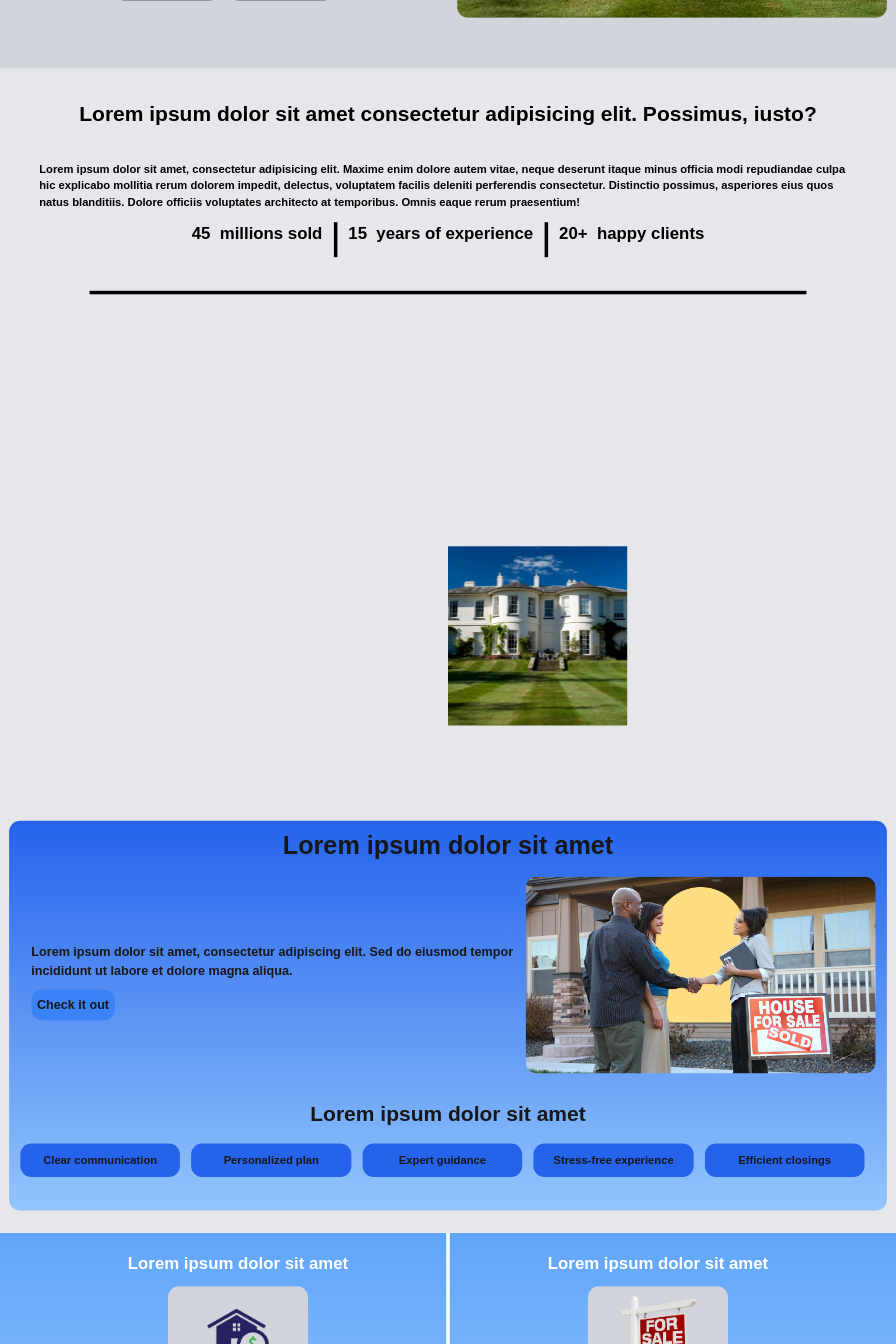
Repository: TMuse333/single-page-real-estate
Page: / (app in frontend/)
The author's editor kept a copy of each file at every save. The page is drawn from the files as they stood at one save, then again after the next save.
The browser window is 1280 px wide. The pictures show the part of the page from y = 558 to 2478 px (the page is 6112 px tall), at 70% of full size.
The project was rebuilt for these pictures with package versions that can differ from the ones it lists, and the page was loaded fresh each time. The framework's server and built-in components were replaced by stand-ins that run in the browser. Also part of the build but not shown: frontend/next.config.mjs.

Above is the page before, as saved 2024-12-05 15:54:42.

### frontend/src/app/layout.tsx
import { ContextProvider } from "@/context/context";
import type { Metadata } from "next";
import localFont from "next/font/local";
import "./globals.css";

const geistSans = localFont({
  src: "./fonts/GeistVF.woff",
  variable: "--font-geist-sans",
  weight: "100 900",
});
const geistMono = localFont({
  src: "./fonts/GeistMonoVF.woff",
  variable: "--font-geist-mono",
  weight: "100 900",
});

export const metadata: Metadata = {
  title: "Bonnie Hutchins",
  description: "A sample website for Bonnie Hutchins",
};

export default function RootLayout({
  children,
}: Readonly<{
  children: React.ReactNode;
}>) {
  return (
    <html lang="en">
      <ContextProvider>


      <body
        className={`${geistSans.variable} ${geistMono.variable} antialiased`}
      >
        {children}
      </body>
      </ContextProvider>
    </html>
  );
}

### frontend/src/app/page.tsx
"use client"


import AuroraHero from "../components/auroraHero/auroraHero";
import CountUpStats from "../components/countUpStats/countUpStats";
import ExperienceCard from "../components/experienceCard/experienceCard";
import { experienceCard1, experienceCard2 ,experienceCard3,
 displayBox1, displayBox2,blogData, closingStatement, contactCard} from "@/data/data";
// import ImageTextBox from "./components/imageTextBox/imageTextBox";
import DisplayBoxes from "../components/displayBox/displayBox";
import Testimonials from "../components/testimonials/testimonials";
import ScrollCarousel from "../components/scrollCarousel/scrollCarousel";
import Closer from "../components/closer/closer";
import BigNav from "../components/navbar/bigNav";
import Footer2 from "../components/footer/footer";
import ContactCard from "../components/contactCard/contactCard";
import Herobanner from "@/components/herobanner/herobanner";
import home from '../../public/home.webp'
import ScaleImage from "@/components/scaleImage/scaleImage";
export default function Home() {
  return (
    <>

   <main className="relative w-screen overflow-x-hidden
   bg-gray-200 ">
   <BigNav
    excludedLink=""
    />
    {/* <AuroraHero/> */}
    <Herobanner/>
    <CountUpStats
    number1="45"
    number2="15.5"
    number3="20"/>

    <ScaleImage
    src={home.src}
    alt={'slat'}
    />

{/* <ExperienceCard
    {...experienceCard2}
    />

    <DisplayBoxes
    data={displayBox1}
    /> */}



<ExperienceCard
    {...experienceCard3}
    />



    <DisplayBoxes
    data={displayBox2}
    />

  <ExperienceCard
    {...experienceCard1}
    />

    <Testimonials/>

    <ScrollCarousel
    images={blogData}
    bgImage
    />



    <Closer
    {...closingStatement}
    />

<ContactCard
    {...contactCard}
    />

    <Footer2
    excludedLink=""
    />


   </main>
   </>
  );
}

### frontend/src/context/context.tsx
"use client"

import React, { createContext, useState, useContext, ReactNode, useEffect } from 'react';

// Define the type for the context value
interface GeneralContextType {

  isMobile: boolean;
  setIsMobile: React.Dispatch<React.SetStateAction<boolean>>;
  heroInView: boolean;
  setHeroInView: React.Dispatch<React.SetStateAction<boolean>>;


}

// Create the context
export const GeneralContext = createContext<GeneralContextType | undefined>(undefined);

// Create a provider component
export const ContextProvider: React.FC<{ children: ReactNode }> = ({ children }) => {
  // Initialize the value state


  // Detect mobile devices
  const [isMobile, setIsMobile] = useState<boolean>(true);

const [heroInView, setHeroInView] = useState(true)





  useEffect(() => {
    const handleScroll = () => {
      if (typeof window !== 'undefined') {
        setIsMobile(window.innerWidth <= 865);
      }
    };

    if (typeof window !== 'undefined') {
      window.addEventListener('scroll', handleScroll);
      handleScroll(); // Initial check
    }

    return () => {
      if (typeof window !== 'undefined') {
        window.removeEventListener('scroll', handleScroll);
      }
    };
  }, []);


  useEffect(() => {
    console.log('is mobile', isMobile);
  }, [isMobile]);

  const contextValue = {

    isMobile,
    setIsMobile,
    heroInView, setHeroInView

  };

  return <GeneralContext.Provider value={contextValue}>{children}</GeneralContext.Provider>;
};

export const useGeneralContext = (): GeneralContextType => {
  const context = useContext(GeneralContext);
  if (!context) {
    throw new Error('useGeneralContext must be used within a ContextProvider');
  }
  return context;
};

### frontend/src/components/countUpStats/countUpStats.tsx
"use client"
import React, {useRef} from "react";
import CountUp from "react-countup";
import { useInView} from 'framer-motion'

interface Props {
  number1: string;
  number2: string;
  number3: string;
}

const CountUpStats: React.FC<Props> = ({ number1, number2, number3 }) => {

    const ref = useRef(null)
    const inView = useInView(ref,{
        once:true
    })
  return (
    <>
    <section   ref={ref}
    className="mx-auto w-screen max-w-[1200px]
    text-black">
         <h2 className="text-center px-4 font-bold text-2xl sm:text-3xl
         my-12">Lorem ipsum dolor sit amet consectetur adipisicing elit. Possimus, iusto?</h2>
         <p className="font-semibold px-4">
            Lorem ipsum dolor sit amet, consectetur adipisicing elit. Maxime enim dolore autem vitae, neque deserunt itaque minus officia modi repudiandae culpa hic explicabo mollitia rerum dolorem impedit, delectus, voluptatem facilis deleniti perferendis consectetur. Distinctio possimus, asperiores eius quos natus blanditiis. Dolore officiis voluptates architecto at temporibus. Omnis eaque rerum praesentium!
         </p>

    <section

      className="flex mx-auto flex-col justify-center items-center mt-4
      md:flex-row font-semibold"
    >

      {/* Number 1 */}
      <div className="text-2xl mb-6 flex flex-col
      justify-center md:flex-row items-start ">
        <CountUp start={0}
          end={inView ? parseInt(number1) : 0}
         duration={2} />
         &nbsp; millions sold
         <div className="w-[50vw] h-[5px] bg-black mb-6
      md:h-[50px] md:w-[5px] mx-4 " />
      </div>

      {/* Divider */}


      {/* Number 2 */}
      <div className="text-2xl mb-6 flex flex-col
      justify-center md:flex-row items-start ">
        <CountUp start={0}
          end={inView ? parseInt(number2) : 0}
         duration={2} />
         &nbsp; years of experience
         <div className="w-[50vw] h-[5px] bg-black mb-6
      md:h-[50px] md:w-[5px] mx-4 " />
      </div>

      {/* Number 3 */}
      <div className="text-2xl mb-6 flex flex-col
      justify-center md:flex-row items-start mb-auto">
        <CountUp start={0}
          end={inView ? parseInt(number3) : 0}
         duration={2} />
         +&nbsp; happy clients

      </div>
    </section>
    </section>

    <div className="w-[80vw] max-w-[1200px]
    mx-auto h-[5px] bg-black"
    />

    </>
  );
};

export default CountUpStats;

### frontend/src/components/displayBox/displayBox.tsx
import React from "react";
import Image from 'next/image'
import Link from "next/link";


interface ElementProps {
    title:string,
    src:string,
    alt:string,
    description:string,
    buttonText:string,
    destination:string
}

const Element:React.FC<ElementProps> = ({
    title,src,alt,description,buttonText,
    destination
}) => {

    return (
        <section className="w-[90vw] mx-auto flex
        mt-2
        flex-col justify-center items-center relative

        sm:w-[45vw] max-w-[500px] mb-8">
            <h2 className="text-white text-center
            text-2xl mb-4 font-semibold">{title}</h2>
            <Image
            src={src}
            alt={alt}
            width={600}
            height={1300}
            className='w-[40vw]  h-[20vw]
            max-h-[150px] mx-auto object-contain
            max-w-[200px] bg-gray-300 rounded-2xl'
            />
            <p className="text-white my-4 font-semibold">{description}</p>
            <button className="bg-[#00bfff]
            p-2 rounded-2xl text-white">
                <Link href={destination}>
                    {buttonText}
                </Link>
            </button>


        </section>

    )
}

interface DisplayBoxProps {
    data:ElementProps[]
}

    const DisplayBoxes:React.FC<DisplayBoxProps> = ({
        data
    }) => {

        return (
            <section className="w-screen relative
            bg-gradient-to-b from-blue-400 to-blue-300 "
            >


            <section className="flex flex-col
            sm:grid grid-cols-2 justify-center
            items-center max-w-[1200px]
            mx-auto bg-gradient-to-b from-blue-400 to-blue-300
             pt-5">
                <div className="absolute
                top-1/2 w-full
                 sm:top-0
                left-1/2 -translate-x-1/2 h-[5px]
                 md:h-full
                sm:w-[5px] bg-white"/>
                {data.map((data, index) => (
                    <Element
                    {...data}
                    key={index}
                    />
                ))}
            </section>
            </section>

        )
    }


    export default DisplayBoxes

### frontend/src/components/closer/closer.tsx
"use client"

import React, { useRef} from "react";
import Link from "next/link";
import {motion, useInView} from 'framer-motion'
import Image from "next/image";


interface Props {
    image:string,
    title:string,
    description:string,
    buttonText:string,
    destination:string

}

const Closer: React.FC<Props> = ({image,title,description,
destination,buttonText}) => {

    const ref = useRef(null)

    const inView = useInView(ref,{
        once:true
    })

      const variants = {
        initial:{
            opacity:0,
            x:-100
        },
        animate:{
            x:0,
            opacity:1,
            transition:{
                opacity:{
                    duration:0.5
                }
            }
        }

      }

      const textVariants = {
        initial:{
            y:-20,
            opacity:0
        },
        animate:{
            opacity:1,
            y:0,
            transition:{
                delay:0.5
            }
        }
      }

    return (
        <motion.section ref={ref}

        className={`w-screen text-white h-[600px]
        relative flex flex-col items-center justify-center
        bg-center
        `}
        variants={variants}
        initial='initial'
        animate={inView ? 'animate' : 'initial'}
        >
            <Image src={image}
            alt="A background image of cash to signifies how you cash sell your houses fast for cash with ontario cash for houses"
            className='absolute w-full h-full
            object-cover'
                style={{
                    filter:'brightness(0.6)'
                }}
                width={600}
                height={1300}
            />

            <motion.div className="-mt-12 relative z-[4]"
              variants={textVariants}
              initial='initial'
              animate={inView ? 'animate' : 'initial'}>
            <motion.h4

            className="pl-4 text-3xl  ">{title}
            </motion.h4>

            <p className="mt-4 text-left pl-4 pr-4
            max-w-[800px] sm:text-xl ">{description}</p>

            <Link href={destination}
            passHref>
                <button className="mt-6 text-black
                bg-white ml-4 hover:bg-blue-500
                transition-all hover:text-white
                hover:scale-[1.05] p-3
                rounded-xl">
                {buttonText}
                </button>
            </Link>
            </motion.div>
        </motion.section>
    )
}

export default Closer

### frontend/src/components/contactCard/contactCard.tsx
import Image from "next/image";
import Link from "next/link";
import React from "react";



interface Props {
    src:string,
    alt:string,
    name:string,
    title:string
    description:string,
    quote:string
    phone:string,
    email:string,
    socials:{
        src:string,
        destination:string,
        alt:string
    }[]
}


const ContactCard:React.FC<Props> = ({
    src,alt,name,
    phone,email,socials,title,quote
}) => {


    return (
        <section className="mx-auto flex flex-col
        md:flex-row max-w-[1200px] my-12">
            <section className="text-center
            md:w-[33vw] max-w-[400px]">
                <h3 className="mb-2 font-bold
                text-3xl">{name}</h3>
                <h4 className="mb-2 font-semibold
                whitespace-pre-line">{title}</h4>
                <p className="mb-2 px-4">{quote}</p>
            </section>
            <section className="md:w-[33vw] max-w-[400px]">
                <Image
                src={src}
                alt={alt}
                className='w-[70vw]
                object-contain mx-auto
                max-w-[200px] hax-h-[250px]'
                width={600}
                height={1300}
                />
            </section>
            <section className="text-center  md:w-[33vw] max-w-[400px]">
                <h3 className="mb-2 text-2xl font-semibold">Contact Information</h3>
                <p className="mb-2 font-semibold">{phone}</p>
                <p className="mb-2 font-semibold whitespace-pre-line

                leading-6">{email}</p>
                {/* <ul className="flex items-center w-full
                ">
                    {socials.map((social,index)=>(
                        <li className="mx-auto"
                        key={index}
                        >
                            <Image
                            src={social.src}
                            alt={social.alt}
                            className='w-[100px]
                            object-contain'
                            width={600}
                            height={1300}
                            />
                            <Link
                            href={social.destination}
                            />
                        </li>
                    ))}
                </ul> */}
            </section>

        </section>
    )
}

export default ContactCard

### frontend/src/components/herobanner/herobanner.tsx
import Image from "next/image";
// import Link from "next/link";
import React from "react";
// import tom from '../../../public/thomas-full-body-1-nogb.png'
// import full from '../../../public/smile-tom.png'
import side from '../../../public/placeholder.png'
import home from '../../../public/home.webp'
import { TypeWriter } from "../typeWriter/typeWriter";
// import half from '../../../public/smiley-tom-half.png'
const Herobanner = () => {

    return (


       <header className="flex flex-col md:flex-row
       md:h-screen relative items-center
       mx-auto max-w-[2200px] text-black
       md:mt-[-4rem]  bg-gray-300"
    //    style={{
    //     background: 'radial-gradient(circle, #00bfff -150%, rgba(0, 191, 255, 0%) 80%)'
    //   }}
      >

        <section className="flex flex-col
        md:w-[50vw] justify-center
        items-center bg-gray-300 py-4">
             <h2 className="mx-auto p-3
             text-center
           text-lg mt-4 font-semibold ">
           Lorem ipsum, dolor sit amet consectetur adipisicing.

            </h2>


            <Image
            src={side}


            height={600}
            width={1300}
            alt='A full body image of Thomas Musial'
            className="w-[80vw] h-[20vh] object-contain mx-auto
           rounded-full bg-gray-600 sm:bg-transparent

            "
            />
            <h1 className="font-semibold
            text-5xl sm:text-6xl md:text-7xl
             mt-4 text-center md:text-start md:pl-6">John doe</h1>
            <p className="mx-auto p-6 font-semibold
            text-xl">
              Lorem ipsum dolor, sit amet consectetur adipisicing elit. Expedita ut aliquam consequuntur perspiciatis natus debitis quam neque dolorum dolorem labore?
            </p>
            <TypeWriter
            />
            {/* <section className="flex mr-auto ml-6">
                <button className="bg-[#00bfff] p-3
                rounded-2xl mr-6">Contact</button>
                <button className="bg-[#00bfff] p-3
                rounded-2xl mr-6">View listings</button>
            </section> */}
            </section>

            <Image
            src={home}


            height={600}
            width={1300}
            alt='A full body image of Thomas Musial'
            className="w-[98vw] md:w-[48vw]  rounded-2xl  object-cover mx-auto
 bg-gray-300  md:block h-[80vh] mt-auto mb-auto


            "
            />






       </header>
    )
}

export default Herobanner

### frontend/src/components/scaleImage/scaleImage.tsx
import Image from "next/image";
import React, { useRef } from "react";
import { motion, useInView, useTransform, useScroll } from "framer-motion";

interface Props {
  src: string;
  alt: string;
}

const ScaleImage: React.FC<Props> = ({ src, alt }) => {
  const ref = useRef(null); // Ref for detecting the viewport visibility
  const isInView = useInView(ref, { margin: "-50%" }); // Trigger when at least 50% of the element is in view

  const { scrollYProgress } = useScroll({
    target: ref,
    offset: ["start end", "end start"], // Start animating when it enters and ends when it leaves
  });

  // Scale from 20vw by 20vw to full width/height
  const scale = useTransform(scrollYProgress, [0, 0.3], [0.2, 1]);

  return (
    <section
      ref={ref}
      className="relative w-screen h-screen overflow-hidden"
    >
      <motion.div
        style={{
          scale, // Bind the scale transform to the scroll progress
        }}
        className="absolute w-[20vw] h-[20vw] left-1/2 top-1/2 transform -translate-x-1/2 -translate-y-1/2"
      >
        <Image
          src={src}
          alt={alt}
          className="object-cover w-full h-full"
          width={600}
          height={1300}
        />
      </motion.div>
    </section>
  );
};

export default ScaleImage;

### frontend/src/components/slidingText/slidingText.tsx
import React, { useRef, useState } from "react";
import { motion, useScroll, useTransform, useMotionValueEvent } from "framer-motion";
import { useGeneralContext } from "@/context/context";

interface TextProps {
    text: string;
    setSlideComplete?: React.Dispatch<React.SetStateAction<boolean>>;
    reverse?:boolean,
    subText?:string
}

const SlidingText: React.FC<TextProps> = ({ text, setSlideComplete,
reverse,subText }) => {
    // Reference to the target element to track scroll position
    const targetRef = useRef(null);

    const {isMobile} = useGeneralContext()

    // State to track when slide is complete
    const [slideComplete, setLocalSlideComplete] = useState(false);

    // Get scroll progress relative to the targetRef
    const { scrollYProgress } = useScroll({
        target: targetRef,
        offset: ["end end", "end start"], // Adjust these offsets as needed
    });

    // Transform scroll progress to x position, scale, and opacity
    const x = useTransform(scrollYProgress, [0, isMobile ? 0.4 : 0.6], [!reverse ? 350 : -350, 0]); // Adjust as needed
    const opacity = useTransform(scrollYProgress, [0, 0.2, 0.55], [0, 0.0, 1]);

    // Monitor changes in the `x` value and set `slideComplete` to true when x reaches 0


    useMotionValueEvent(x,"change",(latest) => {
        if(latest === 0 && !slideComplete){
            setLocalSlideComplete(true)
            if (setSlideComplete) {
                console.log('skdie complete true')
                setSlideComplete(true);
            }
        }

    })

    return (
        <div ref={targetRef}>
            <motion.h2
                className=" bg-gradient-to-b from-white to-gray-300 bg-clip-text text-transparent
                text-3xl sm:text-4xl md:text-5xl lg:text-6xl font-semibold text-center relative transition-colors
                mb-8"
                // style={!slideComplete ? { x, opacity } : {}} // Apply the animated styles
                style={{ x, opacity }}
                // Apply the gradient flow when slideComplete is true
                whileInView={
                    slideComplete
                        ? {
                              backgroundImage: [
                                  "linear-gradient(to right, #00e0ff, #00a2e4, #00e0ff)", // Default colors
                                  "linear-gradient(to right, #33e8ff, #33b5d6, #33e8ff)", // Brighter colors
                                  "linear-gradient(to right, #00e0ff, #00a2e4, #00e0ff)",  // Back to default
                              ],
                              transition: {
                                  repeat: Infinity,
                                  repeatType: "mirror",
                                  duration: 3, // Control how fast the gradient oscillates
                              },
                          }
                        : {}
                }
            >
                {text}
            </motion.h2>
            {subText && (
                <motion.h3 className={`w-[80vw] mx-auto text-xl
                transition-opacity
                sm:text-2xl ${slideComplete ? 'opacity-1' : 'opacity-0'}`}>
                    {subText}
                </motion.h3>
            )}
        </div>
    );
};

export default SlidingText;

Loaded but not shown: frontend/src/app/globals.css (common file); frontend/tailwind.config.ts (common file); frontend/src/components/navbar/bigNav.tsx (512 lines, source omitted); frontend/src/components/experienceCard/experienceCard.tsx (191 lines, source omitted); frontend/src/data/data.ts (173 lines, source omitted); frontend/src/components/testimonials/testimonials.tsx (127 lines, source omitted); frontend/src/components/scrollCarousel/scrollCarousel.tsx (161 lines, source omitted); frontend/src/components/footer/footer.tsx (178 lines, source omitted); frontend/src/components/typeWriter/typeWriter.tsx (129 lines, source omitted)

After the next save:
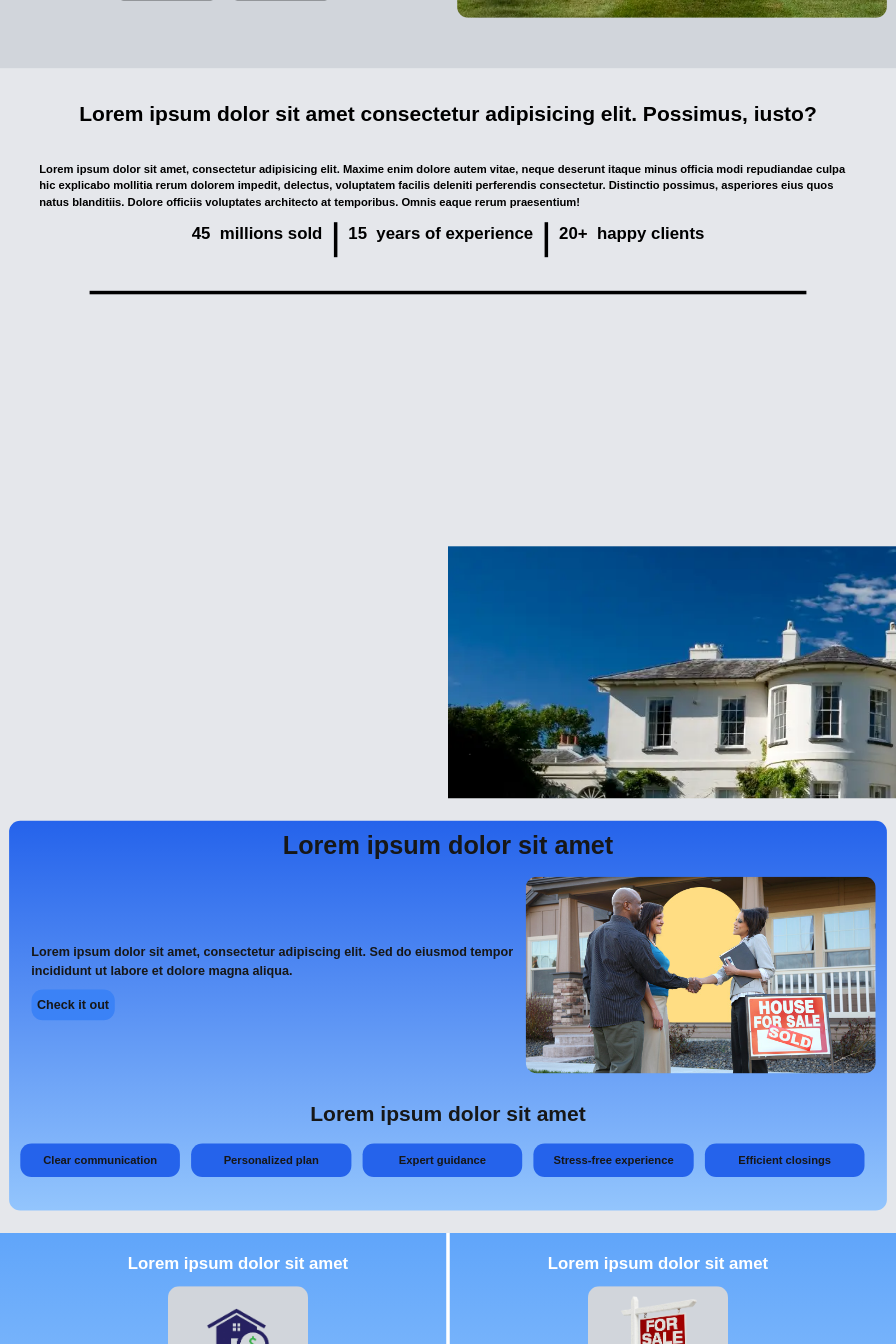
Saved 35 s later.
--- a/frontend/src/components/scaleImage/scaleImage.tsx
+++ b/frontend/src/components/scaleImage/scaleImage.tsx
@@ -28,7 +28,7 @@ const ScaleImage: React.FC<Props> = ({ src, alt }) => {
         style={{
           scale, // Bind the scale transform to the scroll progress
         }}
-        className="absolute w-[20vw] h-[20vw] left-1/2 top-1/2 transform -translate-x-1/2 -translate-y-1/2"
+        className="absolute w-full h-full left-1/2 top-1/2 transform -translate-x-1/2 -translate-y-1/2"
       >
         <Image
           src={src}
